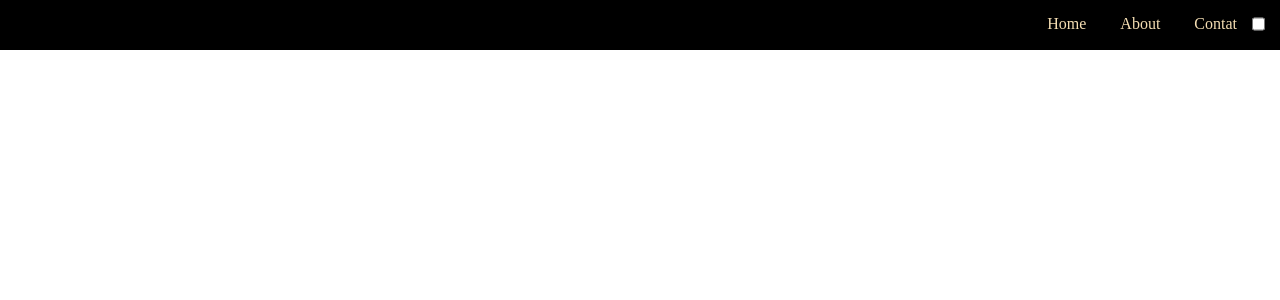
Repository: imokha01/toggleNavBar
Page: index.html
An editor plug-in stored every save of this project. The page is shown before and after the next save, followed by the edit.
The browser window is 1280 px wide. The pictures show the whole page.

Above is the page before, as saved 2023-12-26 22:16:36.

After the next save:
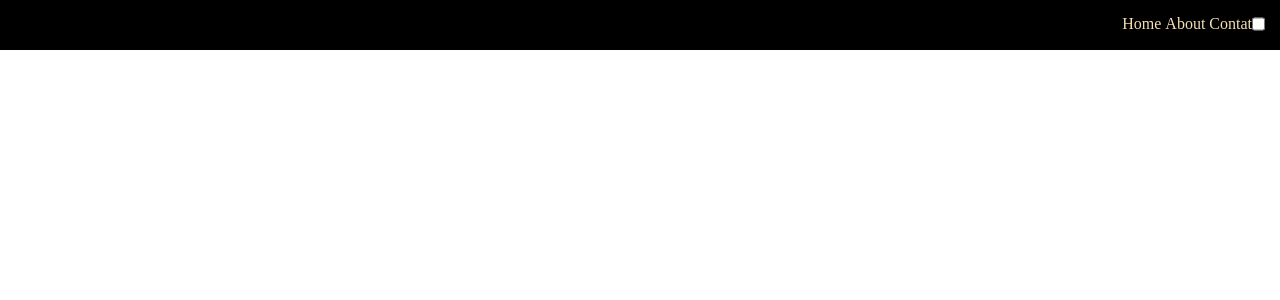
Saved 4 s later.
--- a/style.css
+++ b/style.css
@@ -21,7 +21,6 @@
     color: wheat;
     text-decoration: none;
     margin: auto;
-    padding: 15px
 
 }
 
